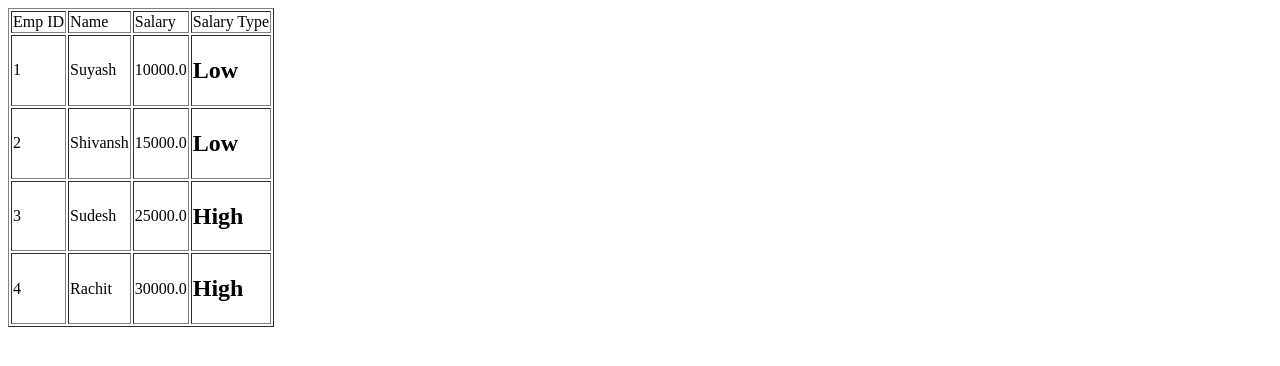
Repository: SuyashAwasthy/Javaee
Page: http://localhost/06-jsp-jstl-tag-demo/jstl-employee-forEach.jsp
These files come from the project's save history. The page is drawn as it stood at one moment and after the next save; the edit follows.
The browser window is 1280 px wide. The pictures show the whole page.
The page is served by Tomcat 9.

Above is the page before, as saved 2024-07-15 10:08:10.

After the next save:
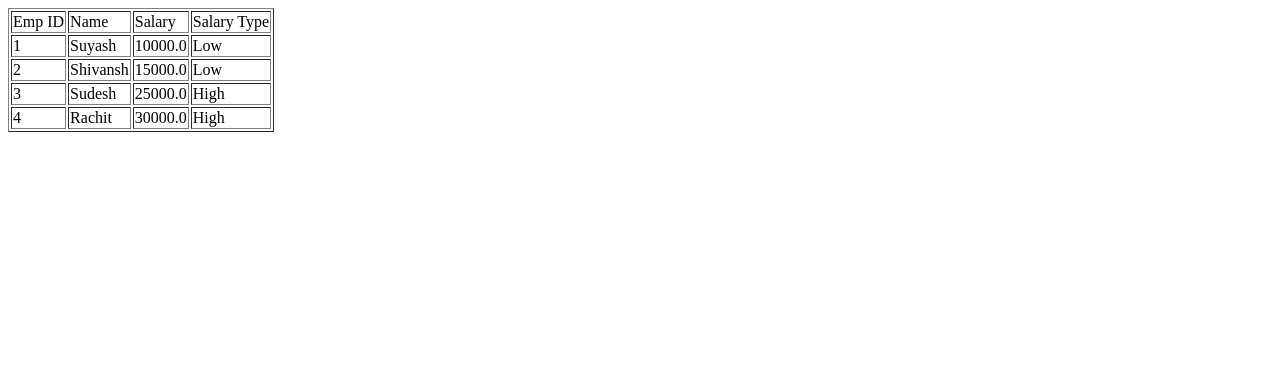
Saved 21 s later.
--- a/06-jsp-jstl-tag-demo/WebContent/jstl-employee-forEach.jsp
+++ b/06-jsp-jstl-tag-demo/WebContent/jstl-employee-forEach.jsp
@@ -35,10 +35,10 @@
 				<td>${emp.salary}</td>
 				<td>
 					<c:if test="${emp.salary >= 20000}">
-						<h2>High</h2>
+						High
 					</c:if>
 					<c:if test="${emp.salary < 20000}">
-						<h2>Low</h2>
+						Low
 					</c:if>
 				</td>
 			</tr>
